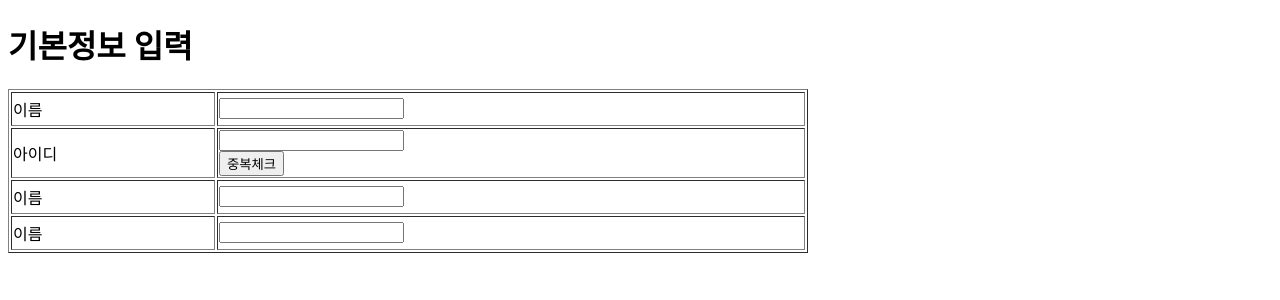
Repository: WonSeungUn/VSCODE
Page: web_work/Html/WebContent/input.html
An editor plug-in stored every save of this project. The page is shown before and after a run of saves, followed by the edit.
The browser window is 1280 px wide. The pictures show the whole page.

Above is the page before, as saved 2024-07-08 06:22:33.

### web_work/Html/WebContent/input.html
<!DOCTYPE html>
<html>
<head>
<meta charset="UTF-8">
<title>Insert title here</title>
</head>
<body>
	<h1>기본정보 입력</h1>
	<table border="1" width="800">
		<tbody>
			<tr>
				<td width="200">이름</td>
				<td height ="30">
					<form action="">
						<input type="text" name="username" style="display : grid;">
					</form>
				</td>
			</tr>
			<tr>
				<td width="200">아이디</td>
				<td height ="30">
					<form action="">
						<input type="text" name="username" style="display : grid;">
						<button>중복체크</button>
					</form>
				</td>
			</tr>
			<tr>
				<td width="200">이름</td>
				<td height ="30">
					<form action="">
						<input type="text" name="username" style="display : grid;">
					</form>
				</td>
			</tr>
			<tr>
				<td width="200">이름</td>
				<td height ="30">
					<form action="">
						<input type="text" name="username" style="display : grid;">
					</form>
				</td>
			</tr>
		</tbody>
	</table>
</body>
</html>

After the next 2 saves:
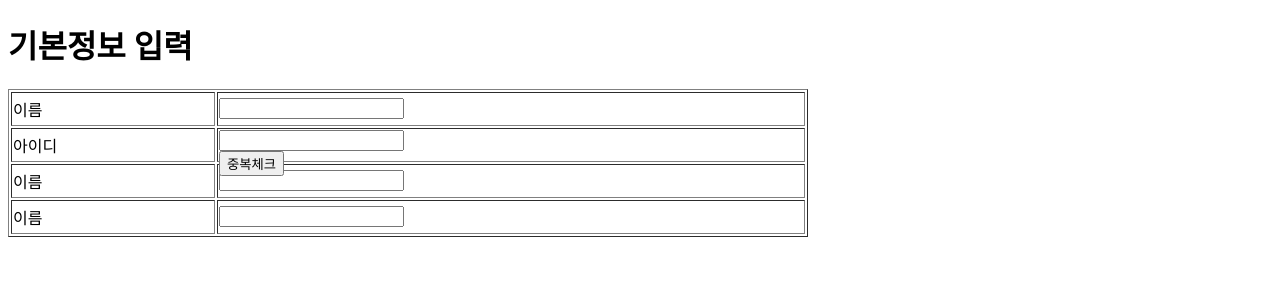
The 2 saves are shown as one change because they came seconds apart.
The last was saved 39 s later.
--- a/web_work/Html/WebContent/input.html
+++ b/web_work/Html/WebContent/input.html
@@ -18,7 +18,7 @@
 			</tr>
 			<tr>
 				<td width="200">아이디</td>
-				<td height ="30">
+				<td height ="30" style="display : flex;">
 					<form action="">
 						<input type="text" name="username" style="display : grid;">
 						<button>중복체크</button>
